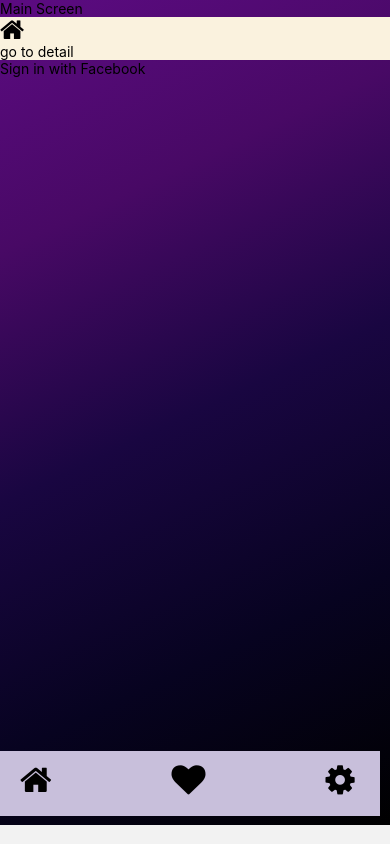
Repository: eyebone/barManager
Screen: /Main
These files come from the project's save history. The screen is drawn as it stood at one moment and after a run of saves; the edit follows.
The app was drawn by React Native's web renderer in a window 390 px wide. The project was rebuilt for these pictures with package versions that can differ from the ones it lists, and the page was loaded fresh each time. Also part of the build but not shown: components/EmojiPicker.js, components/Button.js, components/ImageViewer.js, components/circleButton.js, components/IconButton.js, view/ViewOne.js, view/Sign.js.

Above is the screen before, as saved 2023-06-27 09:17:27.

After the next 2 saves:
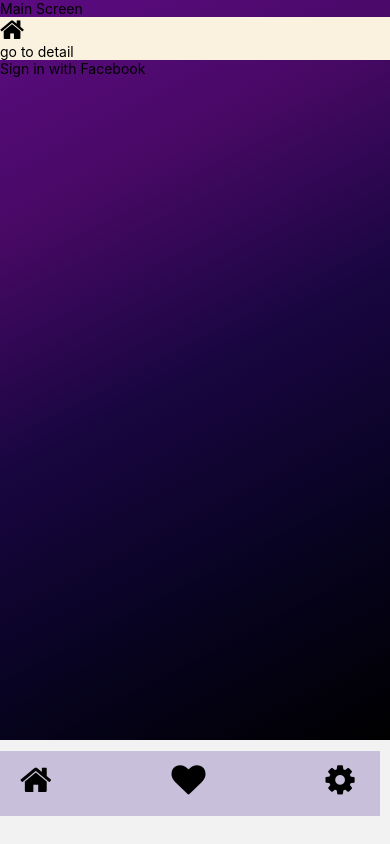
The 2 saves are shown as one change because 1 did not build or start.
The last was saved 33 s later.
--- a/App.js
+++ b/App.js
@@ -8,8 +8,29 @@ import { ViewOne } from "./view/ViewOne";
 import { SignView } from "./view/Sign";
 import { LinearGradient } from "expo-linear-gradient";
 import FontAwesome from "react-native-vector-icons/FontAwesome";
-import { MainView } from "./view/Main";
+// import { MainView } from "./view/Main";
 import { NavigationBar } from "./components/NavigationBar";
+
+function MainView({ navigation }) {
+  return (
+    <LinearGradient
+      start={{ x: 0, y: 0 }}
+      end={{ x: 1, y: 1 }}
+      colors={["#5c0b82", "#480965", "#190641", "#070320", "#000000"]}
+      style={styles.linearGradient}
+    >
+      <Text>Main Screen</Text>
+      <Pressable style={(styles.button, { backgroundColor: "#faf2de" })}>
+        <FontAwesome name="home" size={26} style={{ paddingRight: 8 }} />
+        <Text>go to detail</Text>
+      </Pressable>
+
+      <Text style={styles.buttonText}>Sign in with Facebook</Text>
+      <NavigationBar />
+    </LinearGradient>
+  );
+}
+
 function HomeScreen({ navigation }) {
   return (
     <View style={styles.container}>
